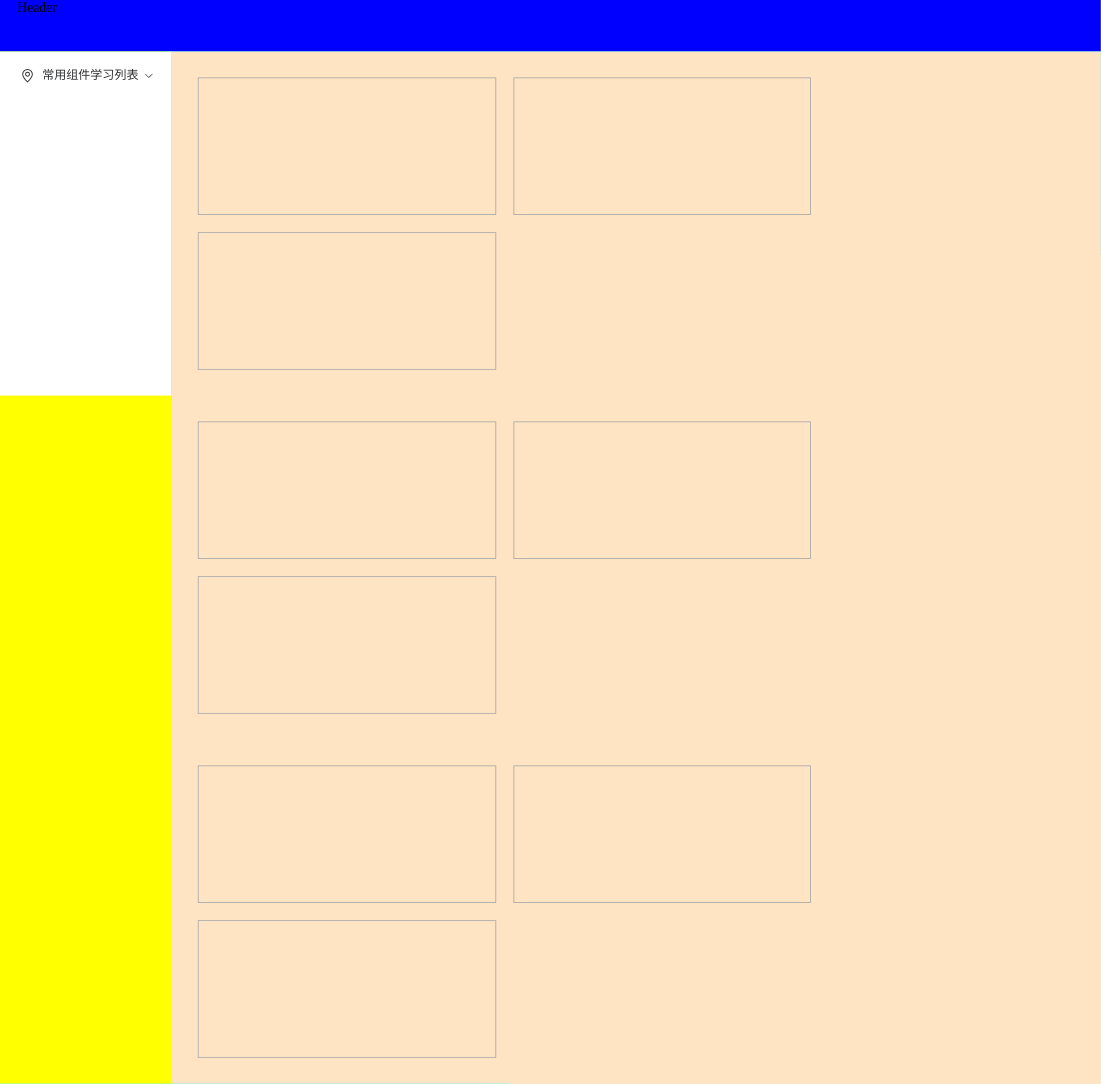
Repository: 553559555/vue3-project
Page: /#/index (app in vue3-app/)
An editor plug-in stored every save of this project. The page is shown before and after the next save, followed by the edit.
The browser window is 1280 px wide. The pictures show the whole page, at 86% of full size.
The project was rebuilt for these pictures with package versions that can differ from the ones it lists, and the page was loaded fresh each time. Also part of the build but not shown: vue3-app/vite.config.ts.

Above is the page before, as saved 2025-03-24 10:46:05.

After the next save:
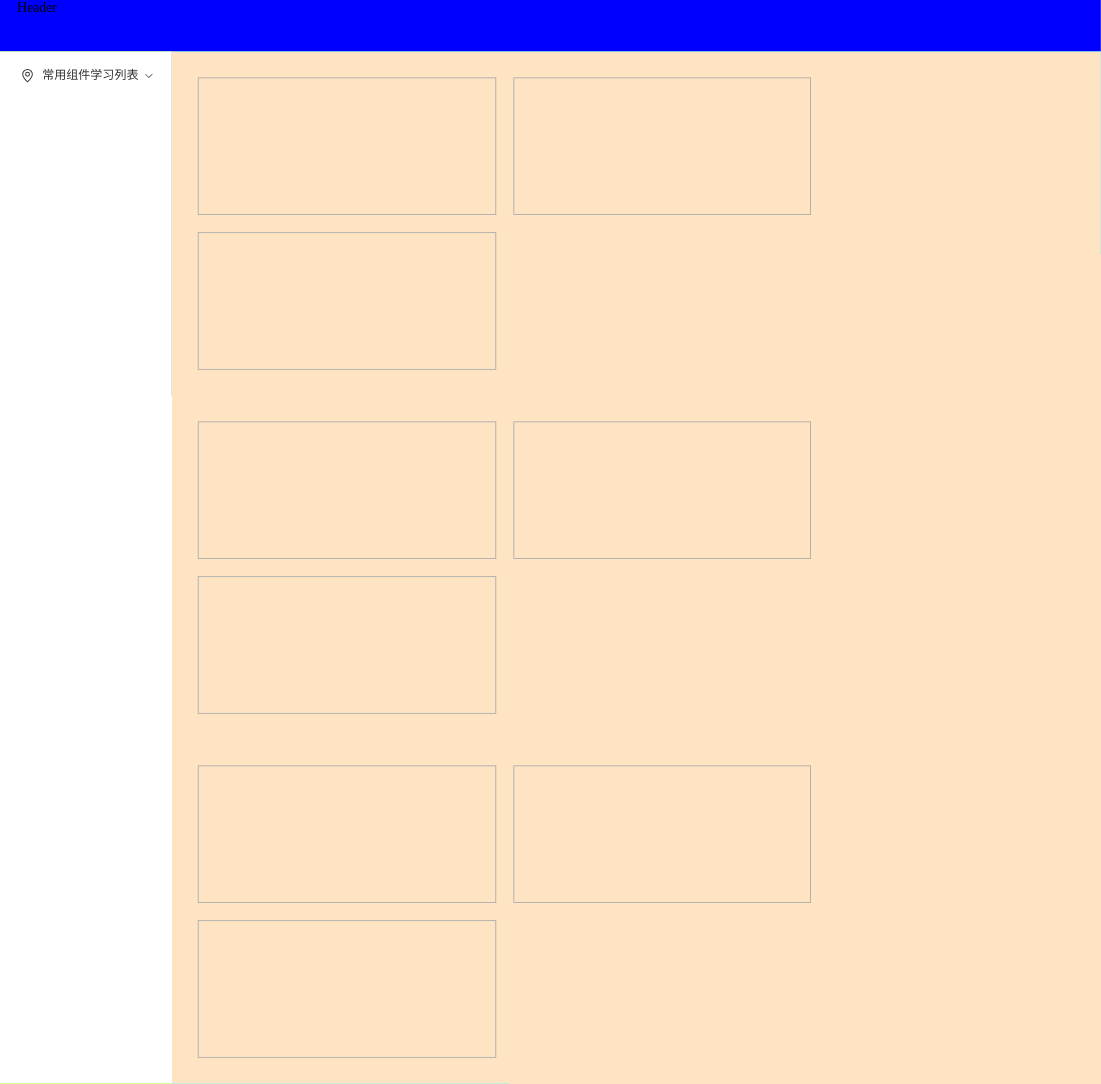
Saved 34 s later.
--- a/vue3-app/src/views/components/home-left.vue
+++ b/vue3-app/src/views/components/home-left.vue
@@ -54,6 +54,7 @@ const handleSelect = (key, keyPath) => {
 .home-left-container {
     height: 100%;
     width: 100%;
+    background-color: #fff;
 
     .el-menu-vertical-demo:not(.el-menu--collapse) {
         width: 200px;
